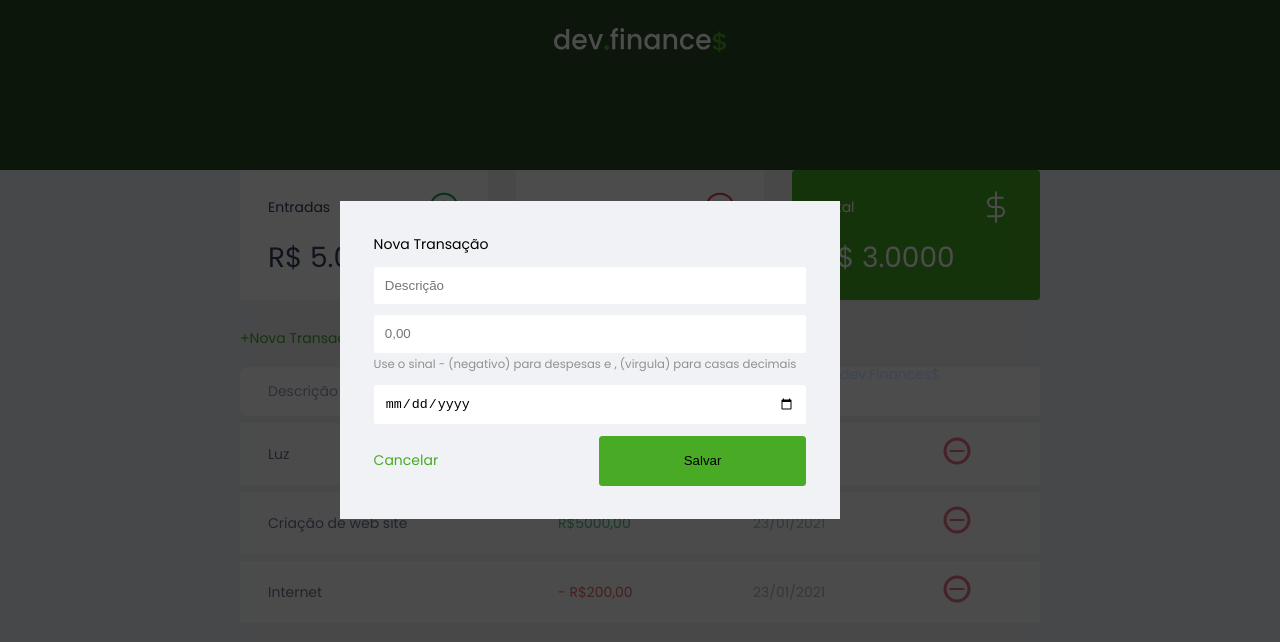
Repository: rafaelmgr12/maratona-dev01
Page: index.html
These files come from the project's save history. The page is drawn as it stood at one moment and after the next save; the edit follows.
The browser window is 1280 px wide. The pictures show the whole page.
The pointer rests on the first visible `button`.

Above is the page before, as saved 2021-04-28 13:47:40.

After the next save:
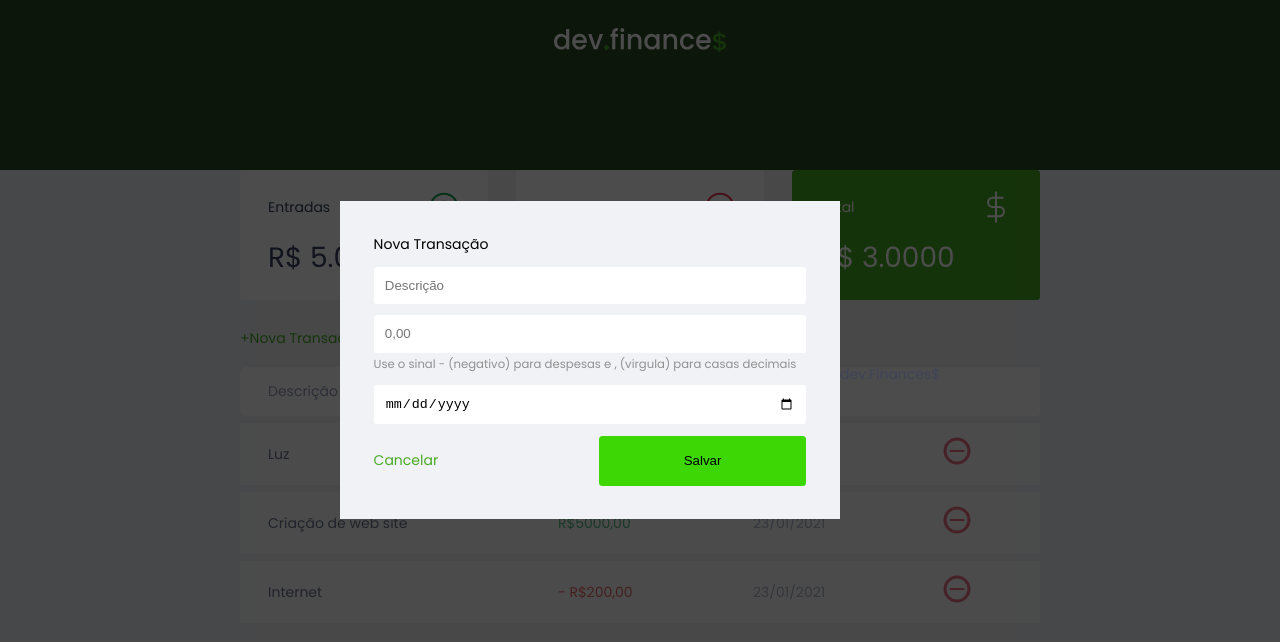
Saved 39 s later.
--- a/style.css
+++ b/style.css
@@ -66,6 +66,7 @@ button {
 }
 
 button:hover {
+  background: var(--light-green);
 }
 .button.new {
   display: inline-block;

After the save that followed:
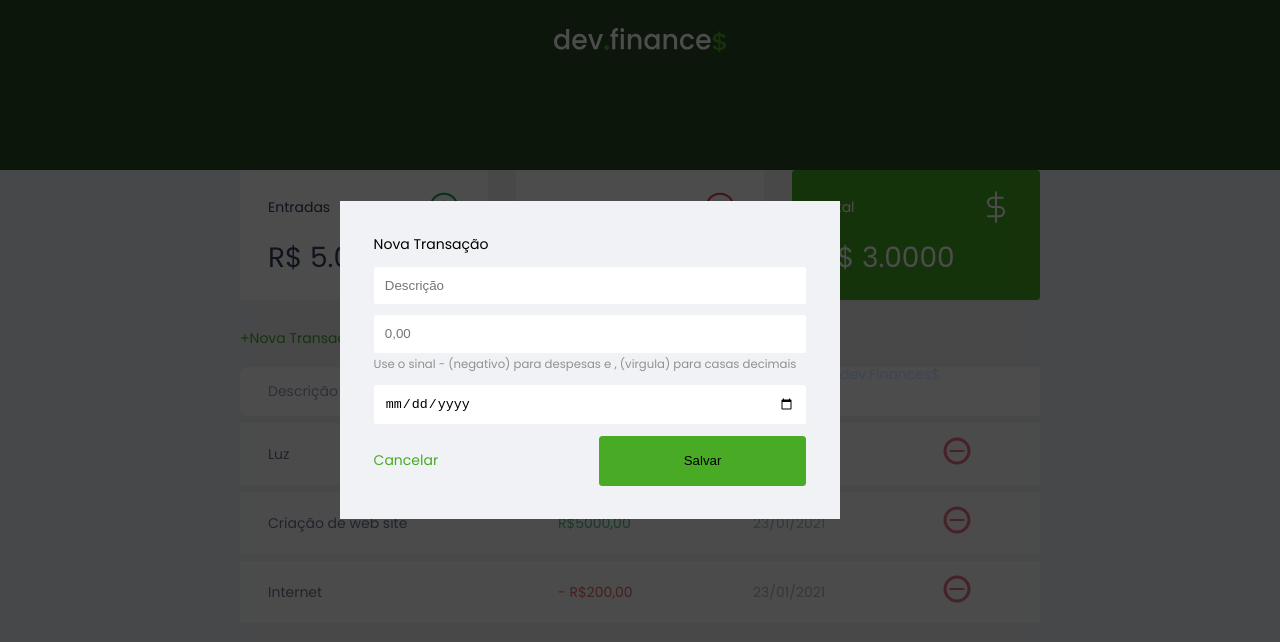
Saved 11 s later.
--- a/style.css
+++ b/style.css
@@ -66,7 +66,7 @@ button {
 }
 
 button:hover {
-  background: var(--light-green);
+  background: var(--green);
 }
 .button.new {
   display: inline-block;
